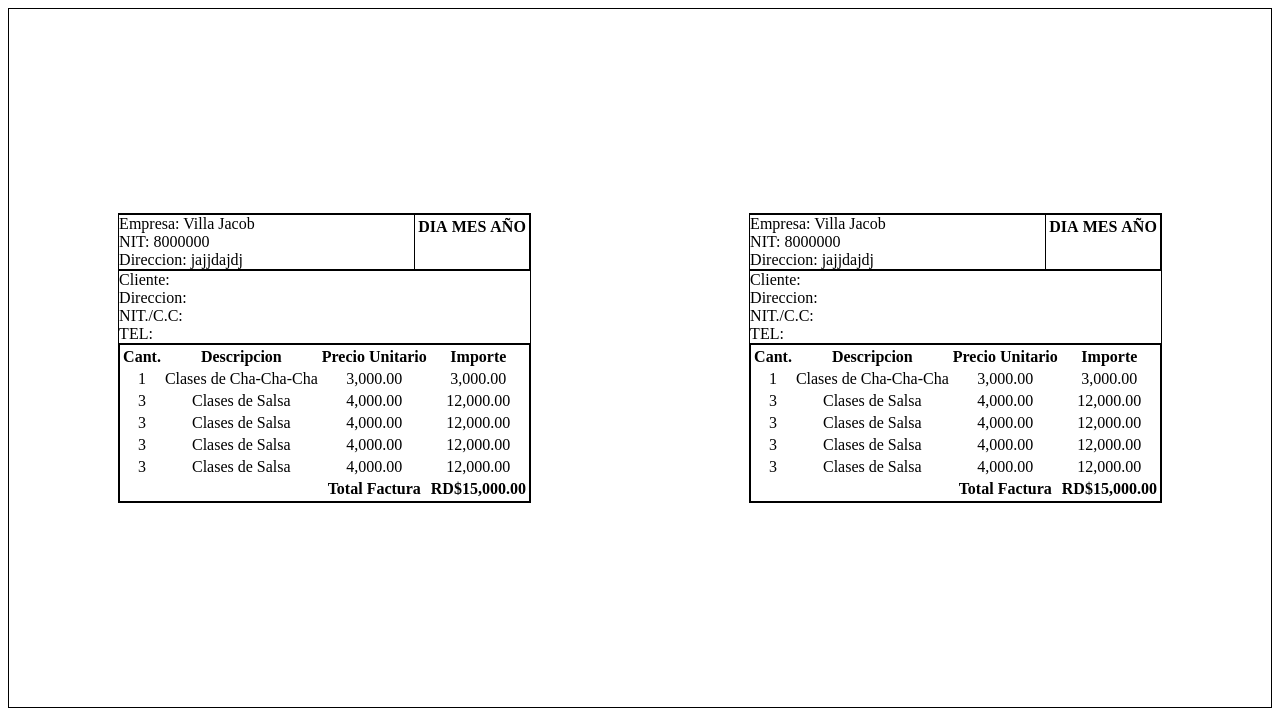
Repository: MrVanQish/FacturaEstructura
Page: index.html
These files come from the project's save history. The page is drawn as it stood at one moment and after the next save; the edit follows.
The browser window is 1280 px wide. The pictures show the whole page.

Above is the page before, as saved 2021-09-29 11:30:15.

After the next save:
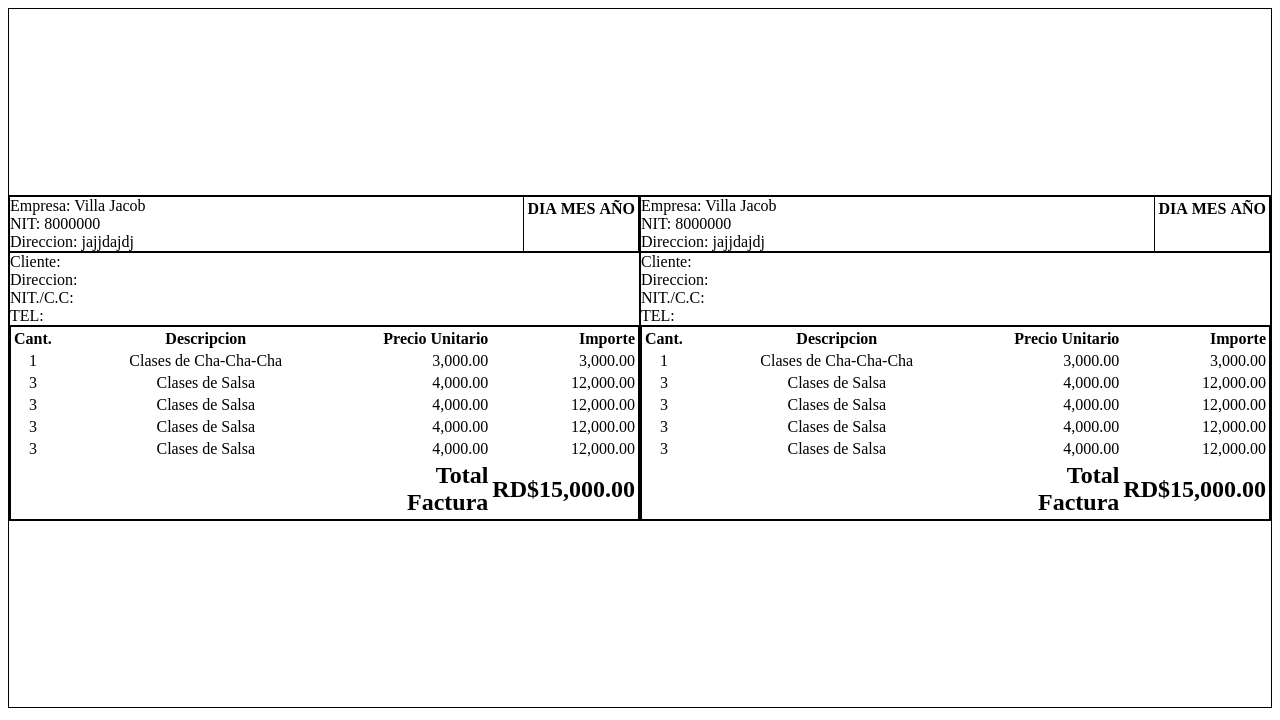
Saved 9 s later.
--- a/styles.css
+++ b/styles.css
@@ -1,6 +1,33 @@
 @page {
     size: A4 landscape;
 }
+
+.factura {
+  table-layout: fixed;
+}
+
+.factura > thead {
+  border-top: solid 3px #000;
+  border-bottom: 3px solid #000;
+}
+
+.factura > thead > tr > th:nth-child(2), .factura > tbod > tr > td:nth-child(2) {
+  width: 300px;
+}
+
+.factura > thead > tr > th:nth-child(n+3) {
+  text-align: right;
+}
+
+.factura > tbody > tr > td:nth-child(n+3) {
+  text-align: right;
+}
+
+.factura > tfoot > tr > th, .factura > tfoot > tr > th:nth-child(n+3) {
+  font-size: 24px;
+  text-align: right;
+}
+
 
 .wrapper {
     height: 97vh;

After the save that followed:
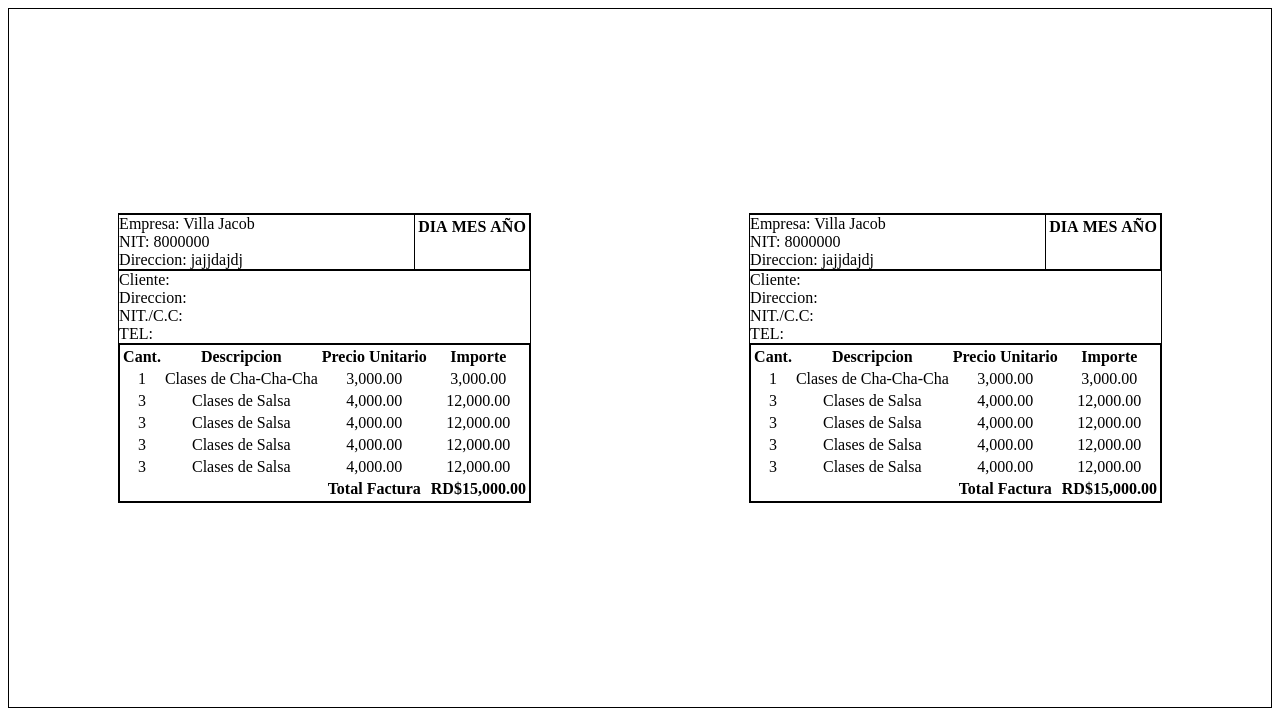
Saved 21 s later.
--- a/styles.css
+++ b/styles.css
@@ -2,31 +2,7 @@
     size: A4 landscape;
 }
 
-.factura {
-  table-layout: fixed;
-}
 
-.factura > thead {
-  border-top: solid 3px #000;
-  border-bottom: 3px solid #000;
-}
-
-.factura > thead > tr > th:nth-child(2), .factura > tbod > tr > td:nth-child(2) {
-  width: 300px;
-}
-
-.factura > thead > tr > th:nth-child(n+3) {
-  text-align: right;
-}
-
-.factura > tbody > tr > td:nth-child(n+3) {
-  text-align: right;
-}
-
-.factura > tfoot > tr > th, .factura > tfoot > tr > th:nth-child(n+3) {
-  font-size: 24px;
-  text-align: right;
-}
 
 
 .wrapper {
